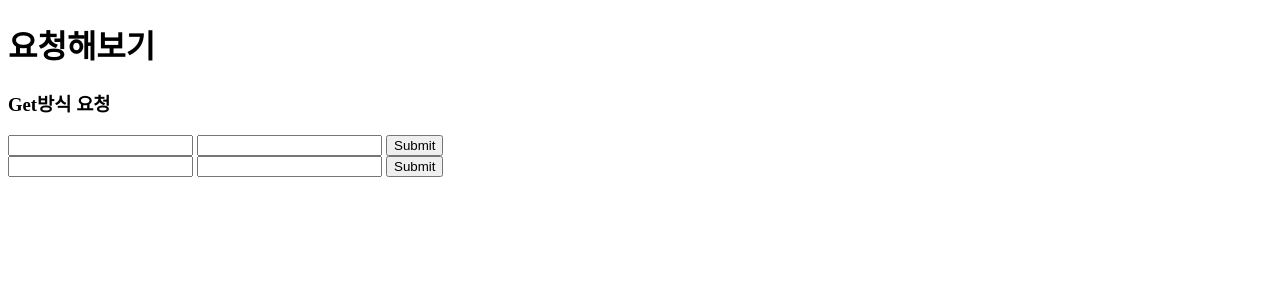
Repository: SanctusAlbino/Jsp_Servlet
Page: http://localhost/04.Implicit/Ex01_Request/Ex02_Request.jsp
The author's editor kept a copy of each file at every save. The page is drawn from the files as they stood at one save, then again after the next save.
The browser window is 1280 px wide. The pictures show the whole page.
The page is served by Tomcat 9. Other server files are loaded and not shown.

Above is the page before, as saved 2023-05-22 02:26:02.

### 04.Implicit/src/main/webapp/Ex01_Request/Ex02_Request.jsp
<%@ page language="java" contentType="text/html; charset=UTF-8"
    pageEncoding="UTF-8"%>
<!DOCTYPE html>
<html>
<head>
<meta charset="UTF-8">
<title>Insert title here</title>
</head>
<body>
	<h1>요청해보기</h1>
	<!--
		특정한 Servlet파일 (Mapping=> "/요청주소") 에 어떠한 정보를 주고 다음 작업을 요청한다.(Client)
		ex)네이버에 아이디 비밀번호를 입력하고 로그인버튼을 누른다. => 로그인 후 작업을 요청한다.
		webapp(view):눈에 보이는 영역의 작업 (Html, Jsp, xmlLayout ...)
		Java (Controller): 눈에 안보이지만 View에서 들어온 요청을 처리하는 부분.
						(Java, C++, C#, Python, Servlet ...등의 백엔드 언어)
		request(Model) : View와 Controller 사이에서 데이터를 전송하는 목적으로 사용하는 객체. (사용하는 로직)
		MVC 패턴 - Web에서 가장 흔히 그리고 널리 사용되는 디자인 패턴 (C-> V->C->M->V->C)-->
		<!-- Get방식으로 Servlet 요청해서보기, Post방식으로 Servlet에 요청해보기
		요청받을 맵핑 => Ex01_Request <=
	 	//localhost/imp/Ex01_Request => Servlet파일이 동작

	 	폼태그 이용해서 작업해보기.
	   -->
	<h3>Get방식 요청</h3>
	<form action="../Ex01_Request" method="get">
		<input type="text" name="id" />
		<input type="text" name="pw" />
		<input type="submit">
	</form>
	<form action="../Ex01_Request" method="post">
		<input type="text" name="id" />
		<input type="text" name="pw" />
		<input type="submit">
	</form>


</body>
</html>

After the next save:
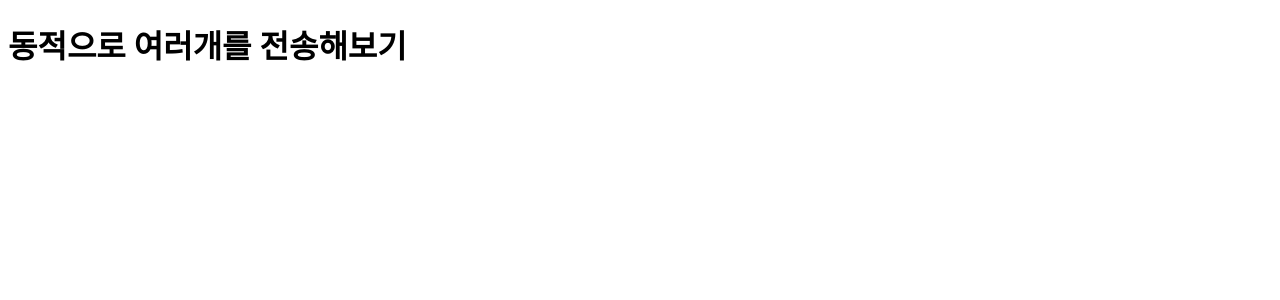
Saved 2 min 49 s later.
--- a/04.Implicit/src/main/webapp/Ex01_Request/Ex02_Request.jsp
+++ b/04.Implicit/src/main/webapp/Ex01_Request/Ex02_Request.jsp
@@ -7,32 +7,12 @@
 <title>Insert title here</title>
 </head>
 <body>
-	<h1>요청해보기</h1>
-	<!--
-		특정한 Servlet파일 (Mapping=> "/요청주소") 에 어떠한 정보를 주고 다음 작업을 요청한다.(Client)
-		ex)네이버에 아이디 비밀번호를 입력하고 로그인버튼을 누른다. => 로그인 후 작업을 요청한다.
-		webapp(view):눈에 보이는 영역의 작업 (Html, Jsp, xmlLayout ...)
-		Java (Controller): 눈에 안보이지만 View에서 들어온 요청을 처리하는 부분.
-						(Java, C++, C#, Python, Servlet ...등의 백엔드 언어)
-		request(Model) : View와 Controller 사이에서 데이터를 전송하는 목적으로 사용하는 객체. (사용하는 로직)
-		MVC 패턴 - Web에서 가장 흔히 그리고 널리 사용되는 디자인 패턴 (C-> V->C->M->V->C)-->
-		<!-- Get방식으로 Servlet 요청해서보기, Post방식으로 Servlet에 요청해보기
-		요청받을 맵핑 => Ex01_Request <=
-	 	//localhost/imp/Ex01_Request => Servlet파일이 동작
-
-	 	폼태그 이용해서 작업해보기.
-	   -->
-	<h3>Get방식 요청</h3>
-	<form action="../Ex01_Request" method="get">
-		<input type="text" name="id" />
-		<input type="text" name="pw" />
-		<input type="submit">
-	</form>
-	<form action="../Ex01_Request" method="post">
-		<input type="text" name="id" />
-		<input type="text" name="pw" />
-		<input type="submit">
-	</form>
+	<h1>동적으로 여러개를 전송해보기</h1>
+	<!-- 파라메터를 30개 보낼수 있는 구조를 만들기
+		name1.....name30까지를 보낼예정
+		요청할 서블릿 Ex02_Request
+		Ex02_Request에서는 파라메터 name1~30까지를 쭉 출력하기
+		 -->
 
 
 </body>
